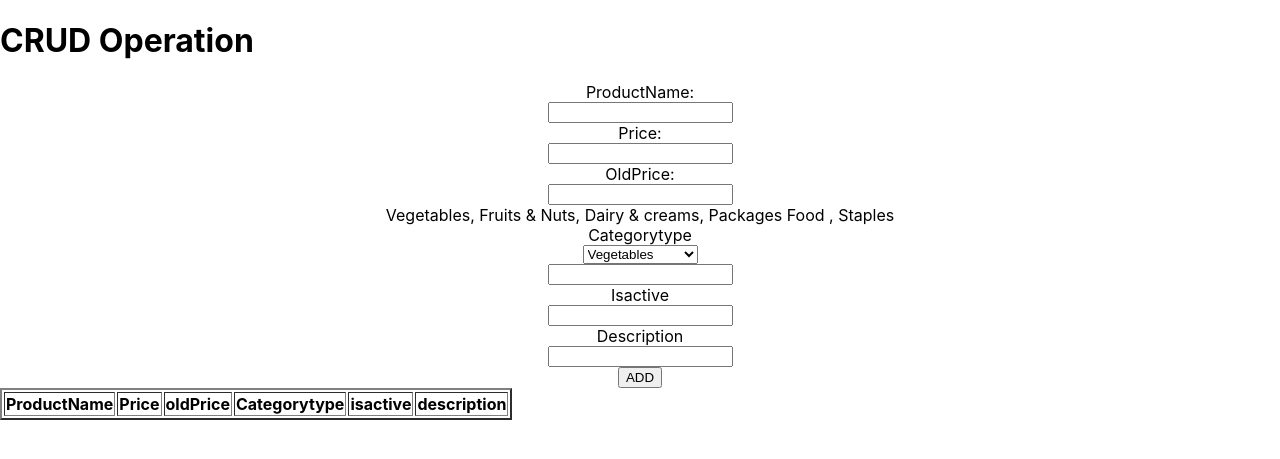
Repository: Josephkennedy603/Tridots-CRUD
Page: /
These files come from the project's save history. The page is drawn as it stood at one moment and after the next save; the edit follows.
The browser window is 1280 px wide. The pictures show the whole page.
The page's requests for data from a server got no answer. The project was rebuilt for these pictures with package versions that can differ from the ones it lists, and the page was loaded fresh each time. No one was signed in, and anything a server would have sent is missing.

Above is the page before, as saved 2024-09-20 17:06:51.

### src/App.jsx
import "./App.css";
import Create from "./create";
import { useState, useEffect } from "react";
import {
  collection,
  getDocs,
  onSnapshot,
  updateDoc,
  doc,
  deleteDoc,
} from "firebase/firestore";
import { db } from "./firebase";

export const userCollectionRef = collection(db, "record");
console.log("user data1", userCollectionRef);

function App() {
  const [products, setProducts] = useState([]);

  useEffect(() => {
    console.log("productdetails", products);
    // getUsers();
    const snapShot = onSnapshot(userCollectionRef, (snapshotparm) => {
      setProducts(
        snapshotparm.docs.map((doc) => ({
          ...doc.data(),
          id: doc.id,
        }))
      );
    });

    return () => snapShot();
  }, []);

  return (
    <div className="main-container">
      <h1>CRUD Operation</h1>
      <Create />

      {/* ProductName,
    Price,
    oldPrice,
    Categorytype,
    isactive,
    description, */}
      <table border={2}>
        <tbody>
          <tr>
            <th>ProductName</th>
            <th>Price</th>
            <th>oldPrice</th>
            <th>Categorytype</th>
            <th>isactive</th>
            <th>description</th>
          </tr>
          {products.map((u) => {
            console.log(u);
            return (
              <tr key={u.ProductName}>
                <td>{u.Price}</td>
                <td>{u.oldPrice}</td>
                <td>{u.Categorytype}</td>
                <td>{u.isactive}</td>
                <td>{u.description}</td>
                <td>
                  <button
                    // onClick={() => updateInput(u.id, u.Name, u.Age, u.Email)}
                    style={{ backgroundColor: "lightgreen" }}
                  >
                    Update
                  </button>
                </td>
                <td>
                  <button
                    // onClick={() => deleteUser(u.id)}
                    style={{ backgroundColor: "#ff0000" }}
                  >
                    Delete
                  </button>
                </td>
              </tr>
            );
          })}
        </tbody>
      </table>
    </div>
  );
}

export default App;

### src/App.css
.main-input {
  display: flex;
  flex-direction: column;
  align-items: center;
  justify-content: center;
}

### src/create.jsx
import React from "react";
import { useState } from "react";
import { userCollectionRef } from "./App";
import { addDoc } from "firebase/firestore";
import "./App";
// Product -> list, Add, Edit, delete Paramater: Product Name (type: string), Price (type: number), Old Price (type: number), Category type (type: select), is active (type: checkbox), description (type: textarea) Category list => Vegetables, Fruits & Nuts, Dairy & creams, Packages Food , Staples
const Create = ({ refetchUser }) => {
  const [ProductName, setProductName] = useState("");
  const [Price, setPrice] = useState();
  const [oldPrice, setOldPrice] = useState();
  const [Categorytype, setCategorytype] = useState();
  const [isactive, setisActive] = useState();
  const [description, setDescription] = useState();

  const data1 = {
    ProductName,
    Price,
    oldPrice,
    Categorytype,
    isactive,
    description,
  };

  const handleClick = async () => {
    const data = await addDoc(userCollectionRef, data1);
    setProductName("");
    setPrice("");
    setOldPrice("");
    setCategorytype("");
    setisActive("");
    setDescription("");

    // refetchUser();
    // console.log("for create ", data);
  };

  return (
    <div className="main-input">
      <label>ProductName:</label>
      <input
        name="Name:"
        type="text"
        value={ProductName}
        onChange={(e) => setProductName(e.target.value)}
        required
      />
      <label>Price:</label>
      <input
        type="number"
        name="Age"
        value={Price}
        onChange={(e) => setPrice(Number(e.target.value))}
        required
      />
      <label>OldPrice:</label>
      <input
        type="number"
        value={oldPrice}
        onChange={(e) => setOldPrice(e.target.value)}
        required
      />
      Vegetables, Fruits & Nuts, Dairy & creams, Packages Food , Staples
      <label>Categorytype</label>
      <select name="" id="">
        <option value="">Vegetables</option>
        <option value="">Fruits & Nuts</option>
        <option value="">Dairy & creams</option>
        <option value="">Packages Food</option>
        <option value=""> Staples</option>
      </select>
      <input
        type="select"
        name="Phone Number"
        value={Categorytype}
        onChange={(e) => setCategorytype(Number(e.target.value))}
        required
      />
      <label>Isactive</label>
      <input
        type=""
        name="Phone Number"
        value={isactive}
        onChange={(e) => setDescription(e.target.value)}
        required
      />
      <label>Description</label>
      <input
        type="text"
        name="Phone Number"
        value={description}
        onChange={(e) => setisActive(Number(e.target.value))}
        required
      />
      <input type="submit" value={"ADD"} onClick={handleClick} />
    </div>
  );
};

export default Create;

### src/firebase.js
// Product -> list, Add, Edit, delete Paramater: Product Name (type: string), Price (type: number), Old Price (type: number), Category type (type: select), is active (type: checkbox), description (type: textarea) Category list => Vegetables, Fruits & Nuts, Dairy & creams, Packages Food , Staples
// Import the functions you need from the SDKs you need
import { initializeApp } from "firebase/app";
import { getFirestore } from "firebase/firestore";
// import { getAnalytics } from "firebase/analytics";

const firebaseConfig = {
  apiKey: "AIzaSyB6ZR0S_52AlqGIUs87cyuSaj7Dp9EP9nk",
  authDomain: "crud-operation-7754e.firebaseapp.com",
  projectId: "crud-operation-7754e",
  storageBucket: "crud-operation-7754e.appspot.com",
  messagingSenderId: "941097712371",
  appId: "1:941097712371:web:aad3664dddf0ff5721d586",
  measurementId: "G-CM49X6XD0N",
};

// Initialize Firebase
const app = initializeApp(firebaseConfig);
export const db = getFirestore(app);

export default app;

Loaded but not shown: public/index.html (common file); src/index.js (common file); src/index.css (common file); src/reportWebVitals.js (common file)

After the next save:
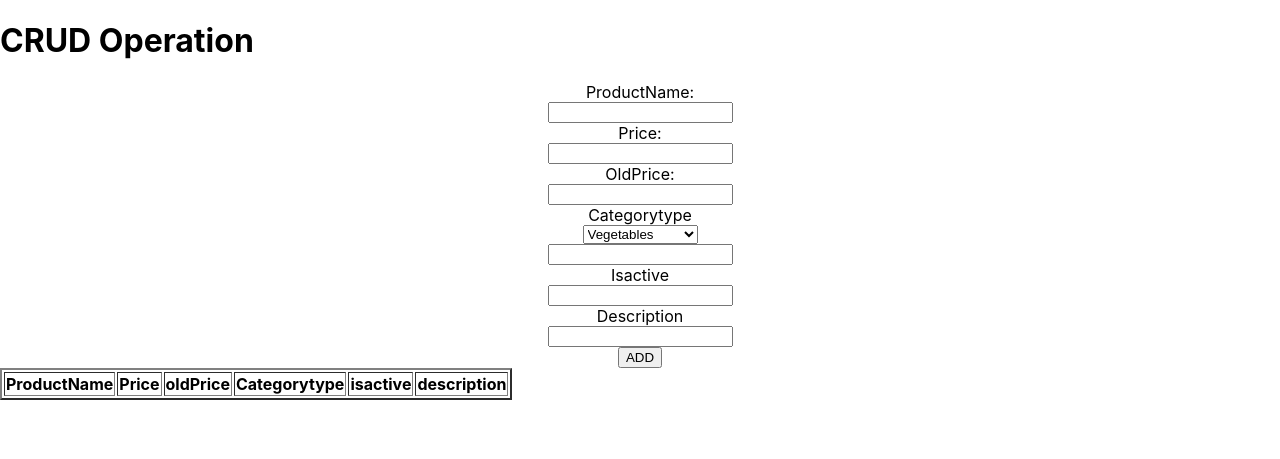
Saved 14 s later.
--- a/src/create.jsx
+++ b/src/create.jsx
@@ -59,7 +59,7 @@ const Create = ({ refetchUser }) => {
         onChange={(e) => setOldPrice(e.target.value)}
         required
       />
-      Vegetables, Fruits & Nuts, Dairy & creams, Packages Food , Staples
+
       <label>Categorytype</label>
       <select name="" id="">
         <option value="">Vegetables</option>
